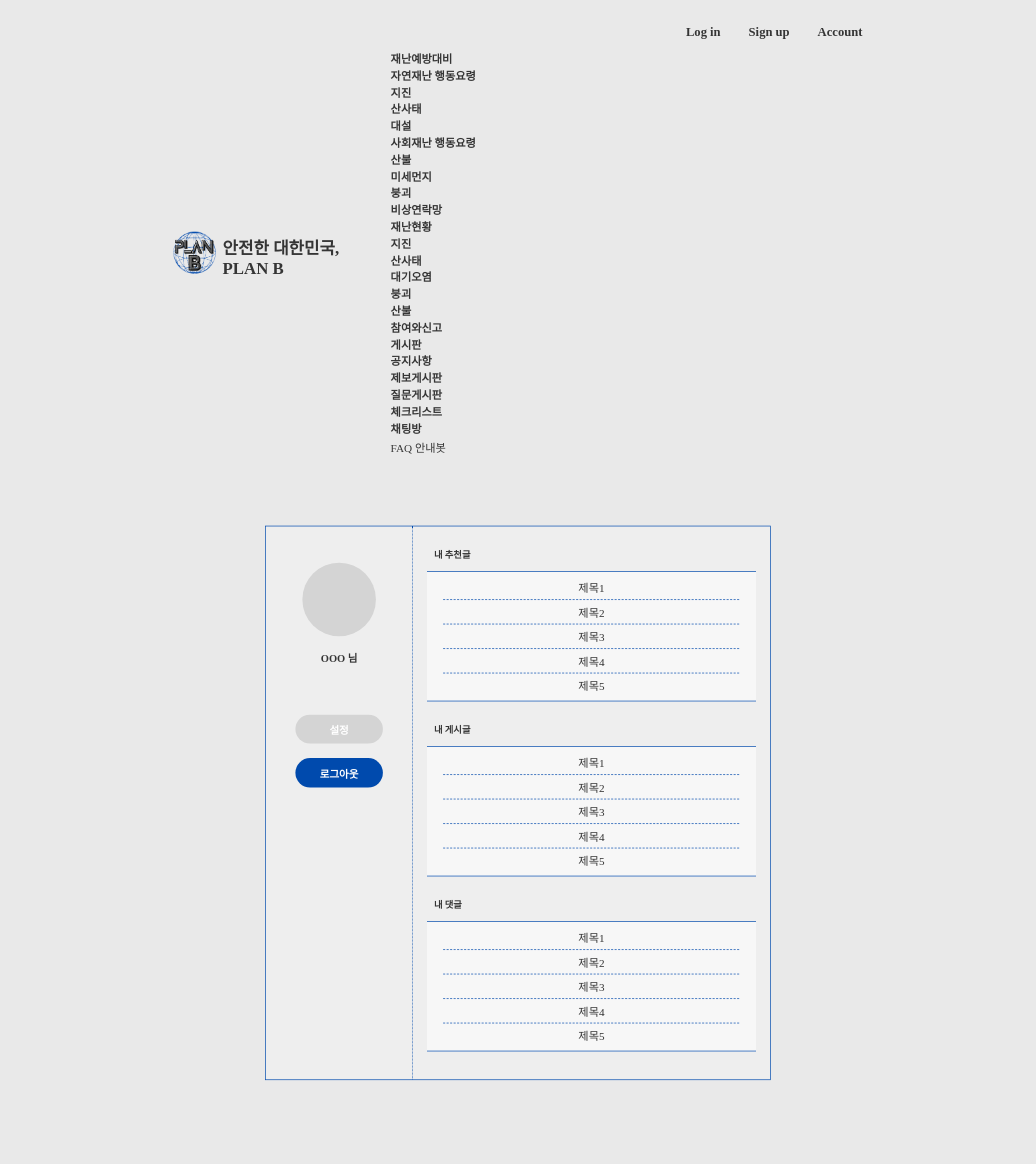
Repository: finalteam4/final
Page: http://localhost/member/account
An editor plug-in stored every save of this project. The page is shown before and after the next save, followed by the edit.
The browser window is 1280 px wide. The page is 1480 px wide, so the pictures cover 1480 px, including what lies to the right of the window. The pictures show the whole page, at 70% of full size.
The page is this project's Thymeleaf template; nobody is signed in. The template is opened directly, without the code that normally fills it, so the values that code supplies are empty.

Above is the page before, as saved 2024-02-08 03:06:16.

### final/src/main/resources/templates/member/account.html
<!DOCTYPE html>
<html xmlns:th="http://www.thymeleaf.org">
<head>
<meta charset="UTF-8">
<title>마이페이지</title>
<link rel="stylesheet" th:href="@{/css/style.css}">
</head>
<body>
  <div class="ch">
      <div th:replace="~{header::header-fragment}"></div>
    <div id="account">
      <div id="left">
        <div id="mimage"></div>
        <h6>OOO 님</h6>
        <div class="mbutton" id="modify">설정</div>
        <div class="mbutton" id="logout">로그아웃</div>
      </div>
      <div class="line2"></div>
      <div id="right">

        <h5>내 추천글</h5>
        <div class="mcontent">
          <p>제목1</p>
          <p>제목2</p>
          <p>제목3</p>
          <p>제목4</p>
          <p>제목5</p>
        </div>

        <h5>내 게시글</h5>
        <div class="mcontent">
          <p>제목1</p>
          <p>제목2</p>
          <p>제목3</p>
          <p>제목4</p>
          <p>제목5</p>
        </div>

        <h5>내 댓글</h5>
        <div class="mcontent">
          <p>제목1</p>
          <p>제목2</p>
          <p>제목3</p>
          <p>제목4</p>
          <p>제목5</p>
        </div>

      </div>
    </div>
  </div>
</body>
</html>

### final/src/main/resources/templates/header.html
<!DOCTYPE html>
<html xmlns:th="http://www.thymeleaf.org"
		xmlns:sec="http://www.thymeleaf.org/thymeleaf-extras-springsecurity6">
<head>
    <link rel="stylesheet" href="/css/Mainstyle.css">
    <script src="https://kit.fontawesome.com/6673aed616.js" crossorigin="anonymous"></script>
   	<script src="https://cdn.jsdelivr.net/npm/sockjs-client@1/dist/sockjs.min.js"></script>
	<script th:src="@{https://code.jquery.com/jquery-3.7.1.min.js}"></script>

</head>

<body>
    <header th:fragment="header-fragment">

        <section id="planB-header">
            <div class="planB-sidemenu">
            	<!-- 채채 페이지와 연결 -->
            	<th:block sec:authorize="isAnonymous()" >
	            	<a th:href="@{/login}">Log in</a>
	            	<a th:href="@{/member/join}">Sign up</a>
            	</th:block>
            	<a sec:authorize="isAuthenticated()" th:href="@{/logout}">Log out</a>

            	<a th:href="@{/member/account}">Account</a>
            </div>
			<!-- 프로젝트 로고 -->
            <div class="planB-menuWrap">
            	<a th:href="@{/}" class="main-img-logo">
           			<img th:alt="handmad_planB_logo" src="/images/planB-logo.png" style="width:60px; height:60px;">
           			<h2>안전한 대한민국,<br>PLAN B</h2>
            	</a>
          		<!-- 메인 메뉴 -->
	            <nav class="main-menu-wrap nav03">
	            	<div class="menu-container">
		            	<ul>
			            	<li class="main-menu-item">
			            		<a>재난예방대비</a>
			            		<!-- 서브메뉴 -->
			            		<ul class="submenu">
			            			<li>
		           						<a th:href="@{#}">자연재난 행동요령</a>
		           						<ul>
			            					<li><a th:href="@{/safeBehavior/Num1}">지진</a></li>
			            					<li><a th:href="@{/safeBehavior/Num4}">산사태</a></li>
			            					<li><a th:href="@{/safeBehavior/Num6}">대설</a></li>
			            				</ul>
		           					</li>
		           					<li>
		           						<a th:href="@{#}">사회재난 행동요령</a>
		           						<ul>
			            					<li><a th:href="@{/safeBehavior/Num2}">산불</a></li>
			            					<li><a th:href="@{/safeBehavior/Num3}">미세먼지</a></li>
			            					<li><a th:href="@{/safeBehavior/Num5}">붕괴</a></li>
			            				</ul>
		           					</li>
		           					<li>
			            				<a th:href="@{/contact/emer_contact}">비상연락망</a>
			            			</li>
			            		</ul>
			            	</li>
			            	<li class="main-menu-item">
			            		<a>재난현황</a>
			            		<!-- 서브메뉴 -->
			            		<ul class="submenu">
			            			<li>
			            				<a th:href="@{/data/data3}">지진</a>
			            			</li>
			            			<li>
			            				<a th:href="@{/data/data6}">산사태</a>
			            			</li>
			            			<li>
			            				<a th:href="@{/data/data7}">대기오염</a>
			            			</li>
			            			<li>
			            				<a th:href="@{/data/data5}">붕괴</a>
			            			</li>
			            			<li>
			            				<a th:href="@{/data/data2}">산불</a>
			            			</li>
									<!-- <li>
		           						<a th:href="@{/}">submenu 1</a>
		           						<ul>
			            					<li><a th:href="@{/}">child 1-1</a></li>
			            					<li><a th:href="@{/}">child 1-2</a></li>
			            					<li><a th:href="@{/}">child 1-3</a></li>
			            				</ul>
		           					</li> -->
			            		</ul>
			            	</li>
			            	<li class="main-menu-item">
			            		<a>참여와신고</a>
			            		<!-- 서브메뉴 -->
			            		<ul class="submenu">
			            			<li>
			            				<a th:href="@{/board/}">게시판</a>
			            				<ul>
			            					<li><a th:href="@{/noticeboard/}">공지사항</a></li>
			            					<li><a th:href="@{/infoboard/}">제보게시판</a></li>
			            					<li><a th:href="@{/qnaboard/}">질문게시판</a></li>
			            					<li sec:authorize="hasAnyAuthority('ADMIN')" >
			            						<a th:href="@{/report/}" style="color:red;">신고게시판</a>
			            					</li>
			            				</ul>
			            			</li>
			            			<li>
	                                   <a th:href="@{/ex/survey}" onclick="return alert('당신의 재난 지식을 점검하세요!')">체크리스트</a>
	                                </li>
			            			<li>
		           						<a th:href="@{#}" onclick="chatOpen()">채팅방</a>
		           					</li>
			            		</ul>
			            	</li>
		            	</ul>
			            <!-- FAQ 토글 버튼 -->
					    <div class="menu-bot-img" id="faqToggleButton">
					        <span>FAQ 안내봇</span>
					        <i class="fa-solid fa-robot" style="font-size:25px;"></i>
					    </div>
					    <!-- FAQ 오버레이 배경 -->
						<div id="faqOverlay"></div>
					    <!-- FAQ 컨테이너 -->
					    <div id="faqContainer" style="display:none;">
					        <!-- JavaScript가 여기에 질문 버튼을 동적으로 추가합니다 -->
					    </div>
		            </div>
	            </nav>
            </div> <!-- planB-menuWrap -->
        </section>
    </header>
<script th:src="@{/js/faq-chatbot.js}"></script>
<script th:src="@{/js/favicon.js}"></script>

<script th:inline="javascript">
    function chatOpen() {
        // 창의 크기
        let windowWidth = 820;
        let windowHeight = 400;

        // 뷰포트 크기 (스크롤바 고려)
        let viewportWidth = Math.max(document.documentElement.clientWidth || 0, window.innerWidth || 0);
        let viewportHeight = Math.max(document.documentElement.clientHeight || 0, window.innerHeight || 0);

        // 창의 위치
        let popupX = viewportWidth - windowWidth;
        let popupY = viewportHeight - windowHeight;

        // 새 창 열기
        window.open("/chat/", "채팅방", "width=" + windowWidth + ", height=" + windowHeight + ", left=" + popupX + ", top=" + popupY);
    }
</script>
</body>
</html>

### final/src/main/resources/static/css/style.css
@charset "UTF-8";


/* 공통 */

*{margin: 0; padding: 0; font-family: 'NanumSquareRound';}

html, body{height:auto; min-height:100%; min-width:1440px; width:100%; color: #353535; background: #e9e9e9;}

a{text-decoration: none; color:#353535; font-weight:900;}
a:hover{text-decoration: none; color: #004aad; font-weight:900;}
ul li{list-style: none;}




/* nagyung */


/* =============================================
                     header
================================================ */
#planB-header{width:100%; max-width:1024px; margin:0 auto;
	/* border:1px solid black; */ /* body: 1024px틀 마지막에 지울예정 */
}
/* header - 로그인, 회원가입, 마이페이지 */
.planB-sidemenu{
	width:100%;
	display:flex;
	justify-content: flex-end;
}
.planB-sidemenu a{padding: 15px 20px; font-size:18px;}
/* header - 로고, 메인메뉴, 챗봇 */
.planB-menuWrap{width:100%; display:flex; margin-bottom:10px;}
.main-img-logo{
	width:310px;
	display:flex;
	align-items: center;
	padding-left:20px;
	}
.main-img-logo h2{padding:10px 0 0 10px;  font-weight:900;}

.main-menu{
	width:90%;
	margin:0 auto;
	display:flex;
	justify-content: space-evenly;
    align-items: center;
    padding-top:20px;
    }
.main-menu a{font-size:19px; letter-spacing:1px;}
.main-menu span{font-size:15px;}
/*===============================================
 					footer
=================================================*/



/* chaehee */

.ch{
  width: 100%;
  padding: 20px;
  background-color: #E9E9E9;


  .container{width: 90%; padding: 30px; margin: 0 auto;}


/* login 스타일 */
  #login{
    margin: 100px auto;
    padding: 40px;
    width: 380px;
    background-color: #f7f7f7;
    border: 1px solid rgb(0, 74 , 173);
    flex-direction: column;
  }
  #login h2{
    text-align: center;
    margin: 20px;
    color: rgb(0, 74 , 173);
  }
  #login fieldset{
    border: none;
  }

  #login li input{
  	border-style: none;
    margin: 15px auto;
    padding: 0 10px 0 10px;
    width: 100%;
    height: 40px;
    text-indent: 5px;
  }
  #login #username,
  #login #password,
  #login #loginbutton,
  #login #joinf{
    box-sizing: border-box;
    border: 1px solid #004aad;
  }
  #login #loginbutton,
  #login #joinf{
    font-weight: bold;
  }
  #login #loginbutton{
    background-color: #004aad;
    color: white;
  }
  #login #joinf{
    background-color: white;
    color: #004aad;
  }
  .line {
    display:flex;
    flex-basis:100%;
    align-items:center;
    color:rgba(0,0,0,0.35);
    font-size:14px;
    margin:10px 0px;
  }
  .line::before{
    content:"";
    flex-grow:1;
    margin:0px 16px;
    background:rgba(0,0,0,0.35);
    height:1px;
    font-size:0px;
  }
  .line::after {
    content:"";
    flex-grow:1;
    margin:0px 16px;
    background:rgba(0,0,0,0.35);
    height:1px;
    font-size:0px;
  }

  /* join 스타일 */
  #join{
    margin: 100px auto;
    padding: 40px;
    width: 400px;
    background-color: #f7f7f7;
    border: 1px solid rgb(0, 74 , 173);
    flex-direction: column;
  }
  #join h2{
    text-align: center;
    margin: 10px 20px 50px 20px;
    color: rgb(0, 74 , 173);
  }
  #join fieldset{
    border: none;
  }
  #join label{
    display: inline-block;
    width: 120px;
    margin: 10px 0px 10px 20px;
  }
  #join input[type="text" i],
  #join input[type="password" i],
  #join input[type="date" i],
  #join select  {
  width: 220px;
  height: 20px;
  margin: 10px;
  }
  #join #joinf, #join #kakao, #join #naver, #join #google {
  	border-style: none;
    margin: 15px 10px;
    width: 380px;
    height: 40px;
    text-indent: 5px;
  }

  #join #joinf{
    background-color: #004aad;
    color: white;
    font-weight: bold;
  }
  /* account 스타일 */
  #account{
    width: 50%;
    margin: 100px auto;
    display: flex;
    border: 1px solid #004aad;
    background-color: #eee;
  }
  #left{
    width: 40%;
    height: 100%;
  }
  #left #mimage{
    width: 50%;
    aspect-ratio: 1 / 1;
    margin: 20px auto;
    background-color: #d4d4d4;
    border-radius: 50%;
    margin-top: 25%;
  }
  #left h6{
    padding-bottom: 50px;
    text-align: center;
    font-size: 15px;
  }
  #left .mbutton{
    margin: 10% auto;
    padding: 5%;
    width: 50%;
    border-radius: 30px;
    text-align: center;
    color: white;
    font-weight: bold;
  }
  #left #modify{
    background-color: #d4d4d4;
    font-size: 15px;
  }
  #left #logout{
    background-color: #004aad;
    font-size: 15px;
  }
  #right{
    margin: auto;
    padding: 20px;
    width: 90%;
    height: 100%;
    display: flex;
    flex-direction: column;
    justify-content: center;
  }
  #right h5{
    width: 100%;
    margin: 10px;
  }
  #right .mcontent{
    display: flex;
    flex-direction: column;
    margin: 5px 0 20px 0;
    padding: 5px 0;
    width: 100%;
    background-color: #f7f7f7;
    border-top: 1px solid #004aad;
    border-bottom: 1px solid #004aad;
    align-items: center;
  }
  #right .mcontent p{
	padding: 5px 0px;
    width: 90%;
    border-bottom: 1px dashed #004aad;
    text-align: center;
  }
#right .mcontent p:last-child {
  border-bottom: none;
}
  .line2 {
    border-left: 1px dotted #004aad;
    width: 0;
  }

}

/* yubin */


.main-main {
	width:1024px;

    background-color: #d9d9d9;
    margin: 0 auto;
}
/* 메뉴 */
#state_sub{
		background: #1b4fa2 url(/images/titBg.jpg) no-repeat 50% 50%;
}
#state_sub .stateWrap > strong {
    display: block;
    margin-bottom: 30px;
    text-align: center;
    font-size: 44px;
    font-weight: 200;
    color: #fff;
    line-height: 1.1em;
}
#state_sub .stateWrap ul {
    text-align: center;
}
#state_sub .stateWrap ul li {
    display: inline-block;
    position: relative;
    margin: 0 24px;
    padding-bottom: 6px;
}
#state_sub .stateWrap ul li.active a strong {
    color: #fff;
    font-weight: 400;
}
#state_sub .stateWrap ul li a strong {
    display: block;
    font-size: 16px;
    font-weight: 200;
    color: rgba(255, 255, 255, 0.5);
}

/*산불페이지 */
.leftArea{
	float: left;

}
.leftArea img{
	width: 400px;
	height: 600px;
	margin: 10px 0 0 10px;
}
.rightArea{
	display:inline-block;
	margin-left: 20px;

}
.rightArea h2{
	margin-top: 20px;

}

.todayArea ul li{
	list-style: none;
	float: left;
    width: 183px;
    height: 110px;
    padding: 24px 0 0;
    margin-right: 10px;
    text-align: center;
    line-height: 1em;
    background: #f1f1f1;
    box-sizing: border-box;
    margin-top: 20px;
    margin-bottom: 20px;
}
/* 표 전체 스타일 */
.tableArea {
    width: 590px;
    height: 400px;
    margin-top:20px;
    overflow: auto; /* 내용이 넘칠 경우 스크롤 표시 */
}

/* 표 제목 스타일 */
.tableArea table {
    width: 100%;
    border-collapse: collapse;
    font-size: 14px;
}

/* 각 셀 스타일 */
.tableArea th, .tableArea td {
    border: 1px solid #ddd;
    padding: 8px;
    text-align: center;
}

/* 각 열 스타일 */
.tableArea th {
    background-color: #f0f0f0;
}

/* 각 행 스타일 */
.tableArea tr:hover {
    background-color: #f5f5f5;
}
 .terms317 img {

    width: 900px; /* 너비를 원하는 크기로 지정 */
    height: auto; /* 높이는 자동으로 조절됩니다. */

  }
.terms317 p{
	margin-left: 55px;
}
  .terms318 img {
    width: 300px; /* 너비를 원하는 크기로 지정 */
    height: auto; /* 높이는 자동으로 조절됩니다. */
  }

  .terms319 img {
    width: 250px; /* 너비를 원하는 크기로 지정 */
    height: auto; /* 높이는 자동으로 조절됩니다. */
  }

  .terms320 img {
    width: 550px; /* 너비를 원하는 크기로 지정 */
    height: auto; /* 높이는 자동으로 조절됩니다. */
  }

  .terms321 img {
    width: 550px; /* 너비를 원하는 크기로 지정 */
    height: auto; /* 높이는 자동으로 조절됩니다. */
  }


  .tabSlideWrap {
    padding: 10px;
  }

  .swiper-container-horizontal {
    position: relative;
    display: flex;
    justify-content: space-around;
  }

  .swiper-wrapper {
    list-style: none;
    padding: 0;
    margin: 0;
    display: flex;
  }

  .swiper-slide {
    margin-right: 20px;
  }

  .swiper-slide a {
    text-decoration: none;
    color: black;
    padding: 10px;
    display: block;
  }

  .swiper-slide a:hover {
    background-color: #f0f0f0;
  }
 /* 산불끝 */









/* KH */

/* 비상연락처 */

#container_emer h2{text-align:center; font-size: 3em; color:#e9e9e9; padding-top: 20px;
   margin-bottom: 50px;}
#container_emer{text-align: center; background-color: #e9e9e9;}
#emer_title{height: 95px; background-color:#004aad;}
#emer_tbl {border-collapse: collapse; margin: 20px auto;}
#emer_tbl td{width: 150px; height: 30px; border: 2px solid #ddd;
	padding: 8px; text-align: center; color: #363636; background-color:#f9f9f9;}
.region {cursor: pointer;}
#map {width: 1024px; height: 1024px;margin: 30px auto; background-color: rgba(255,255,255,1);
	}









/* sanghyun */

#content{
	width: 1024px;
	margin: 0px auto;
	height: 200vh;
}
h2.board_h2{
	color: #fff; text-align: center;
	width: 100%;
	height: 60px;
	background-color: #004aad;
	font-weight: bold;
	margin: 0;
	line-height: 60px;

}

#data_content{
	width: 100%;
	margin-top: 100px;
}

.news_section{
	margin: 50px 0px 0px 100px;
	width : 45%;
	border: 10px solid #fc80ac;
	display: block;
    float: left;
    padding: 10px;
    font-size:0.8rem;
}
.news_section p{
	margin: 5px;
}
.org_name{
	padding: 5px;
	font-size:1rem;
}
.board_section{
	display: block;
    float: left;
    margin: 50px 10px;
}


/* 게시판 */
.board_content{
	width: 100%;
	background-color: #fff;
	height: 100%;
}


.tbl_list {
	margin: 0 auto;
	width: 95%;
	text-align: center;
	border-collapse: collapse;
}
.tbl_list td, th{
	border-left: none;
	border-right: none;
	border-bottom: 1px solid black;
}
.td_title {width: 50%; text-overflow: ellipsis; white-space:nowrap;}

.board_btn {
   width: 90px;
   height: 35px;
   background-color: #cdcdcd;
   border: 1px solid #353535;
   border-radius: 10px;
   box-shadow: 2px 2px 4px rgba(0, 0, 0, 0.5);
   font-weight: bold;
}

.board_btn:hover{
	background-image: linear-gradient(to bottom right, #002255, #004aad);
	color: #fff;
}


/* 페이지 버튼 */
.pagination_btn {
    display: flex;
    justify-content: center;
    align-items: center; /* 수직 가운데 정렬 추가 */
    font-size: 15px;
    line-height: normal;
}

.page-box {
    margin: 0 10px;
    font-weight: bold;
    display: inline-block;
}

.page-num-btn {
    width: 20px;
    height: 20px;
    border-radius: 50%;
    margin: 5px auto;
}

.page-btn.disabled {
    pointer-events: none;
    cursor: default;
    color: #aaa;
}

.page-btn.active {
    display: inline-flex;
    align-items: center; /* 수직 가운데 정렬 추가 */
    justify-content: center;
    width: 30px;
    height: 30px;
    background-image: radial-gradient(ellipse, #0088FF, #004AAD);
    border-radius: 50%;
    color: #fff;
    text-align: center;
}

.page-btn.active .page-box {
    display: inline-block;
    color: #fff;
}

/* 게시판 검색창 */
.search_btn{
   width: 450px;
   height: 35px;
   margin: 0px auto;
   background-color: #cdcdcd;
   border: 1px solid #353535;
   border-radius: 10px;
   padding-top: 10px;
   box-shadow: 2px 2px 4px rgba(0, 0, 0, 0.5);
}

.search_btn2{
   width: 350px;
   height: 35px;
   margin: 0px auto;
   background-color: #cdcdcd;
   border: 1px solid #353535;
   border-radius: 10px;
   padding-top: 10px;
   box-shadow: 2px 2px 4px rgba(0, 0, 0, 0.5);
}

.toggle_btn{
   width: 80px;
   height: 25px;
   border: none;
   border-radius: 5px;
   text-align: center;
   background-color: #fff;
   margin: 0px 10px;
}
.search_box{
   width: 230px;
   height: 25px;
   border: none;
   border-radius: 5px;
   padding: 0px 10px;
}
.board_btn1 {
   width: 70px;
   height: 25px;
   border: none;
   border-radius: 0 5px 5px 0;
   border-left : 1px solid #000;
   background-color: rgba(0, 0, 0, 0);
   font-weight: semi-bold;
}
.board_btn2 {
   width: 50px;
   height: 25px;
   border: none;
   background-color: rgba(0, 0, 0, 0);
   font-weight: semi-bold;
}

/* 게시글 상세보기 */
.tbl_detail{
	width: 95%;
	margin: 0 auto;
}
.tbl_detail td, th{
	border-left: none;
	border-right: none;
}

/* 댓글 */
.replyform{
	width: 95%;
	margin: 0 auto;
}
.replyWrite{
	margin-top:10px;
	border-color:#ccc;
}
#rcontent{
	width:100%;
}
.reply_reply{
	margin-top: 10px;
}

/* 글쓰기 */
.custom-file-input {
    display: none; /* 숨김 */
}

.custom-file-label {
    width: 90px;
    height: 35px;
    background-color: #cdcdcd;
    border: 1px solid #353535;
    border-radius: 10px;
    box-shadow: 2px 2px 4px rgba(0, 0, 0, 0.5);
    font-weight: bold;
    display: flex;
    justify-content: center;
    align-items: center;
    cursor: pointer;
    float: left;
    margin-bottom: 10px;
    margin-right: 10px;
}

.custom-file-label:hover{
	background-image: linear-gradient(to bottom right, #002255, #004aad);
	color: #fff;
}

.file-name{
	line-height: 35px;
}

.form-control {
  display: block;
  width: 95%;
  border: 1px solid #dee2e6;
  border-radius: 0.375rem;
  margin: 0 auto;
  padding: 5px;
}

@media (prefers-reduced-motion: reduce) {
  .form-control {
    transition: none;
  }
}
.form-select {
  display: block;
  width: 95%;
  border: 1px solid #dee2e6;
  border-radius: 0.375rem;
  margin: 0 auto;
}
@media (prefers-reduced-motion: reduce) {
  .form-select {
    transition: none;
  }
}
/* 채팅방 */

@media (max-width: 1024px) {
  #content {
    width:100%;
  }
  table{
  font-size: 1.5vw
  }
  .search_btn{
  	width: 425px;
  }
}



@media (max-width: 425px) {
  #content {
    width:355px;
  }
  table{
  font-size: 10px;
  }
  .search_btn{
  	width:355px;
  }
}



/* 헤더 */
header #head_header nav{
	width: 100%;
	height: 80px;
	background: #e9e9e9;
	border-top: 1px solid #ccc;
	border-bottom: 1px solid #ccc;
}
header #head_header h1{
	text-align:center;
}
#top_menu{line-height: 80px; text-align:center;}
#top_menu li{display: inline-block; margin: 0 20px; }
#top_menu li a{color: #444; padding: 0 20px;}
#top_menu li a:hover{color: #111;}

After the next save:
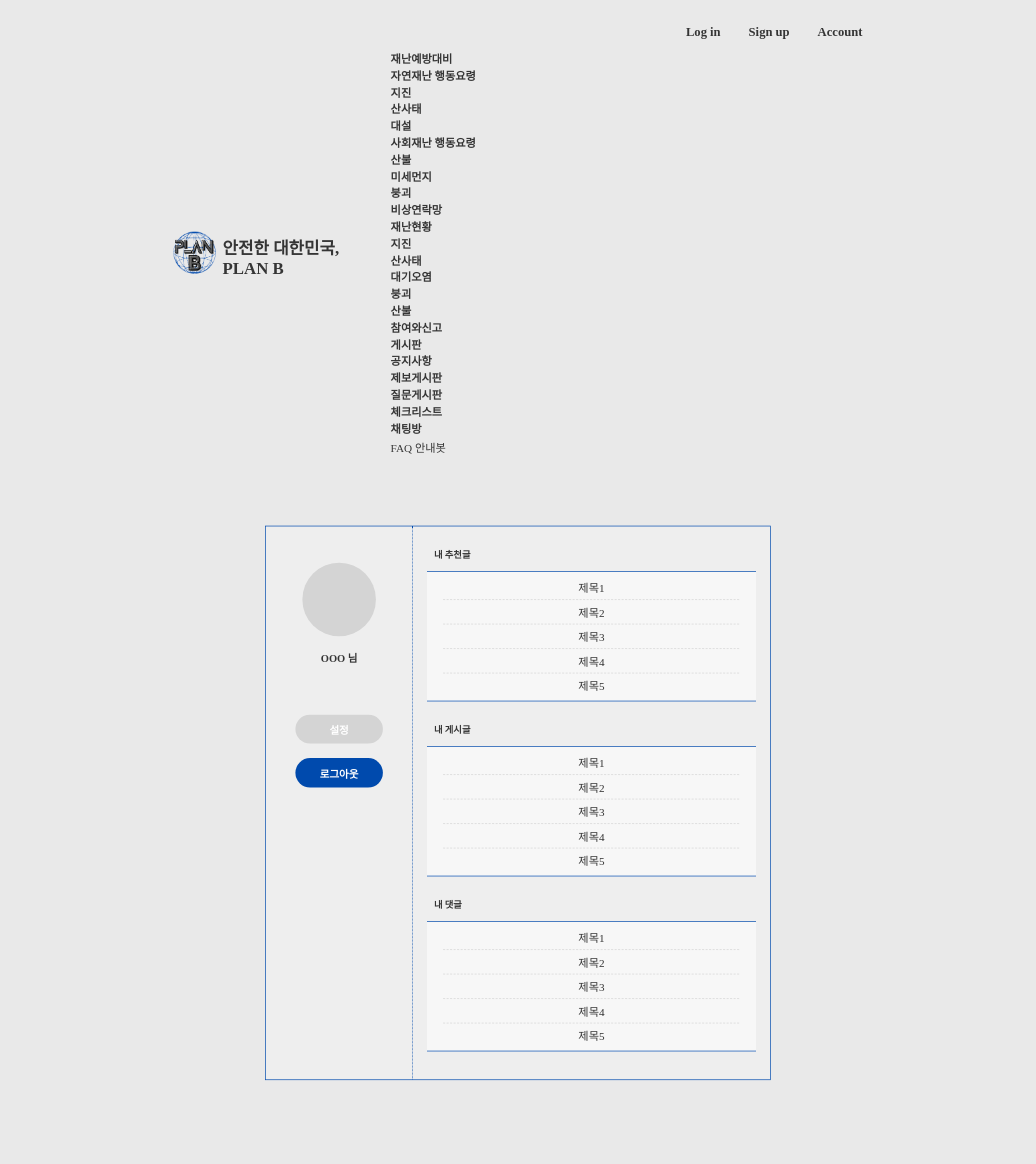
Saved 60 s later.
--- a/final/src/main/resources/static/css/style.css
+++ b/final/src/main/resources/static/css/style.css
@@ -249,7 +249,7 @@ ul li{list-style: none;}
   #right .mcontent p{
 	padding: 5px 0px;
     width: 90%;
-    border-bottom: 1px dashed #004aad;
+    border-bottom: 1px dashed #d4d4d4;
     text-align: center;
   }
 #right .mcontent p:last-child {
